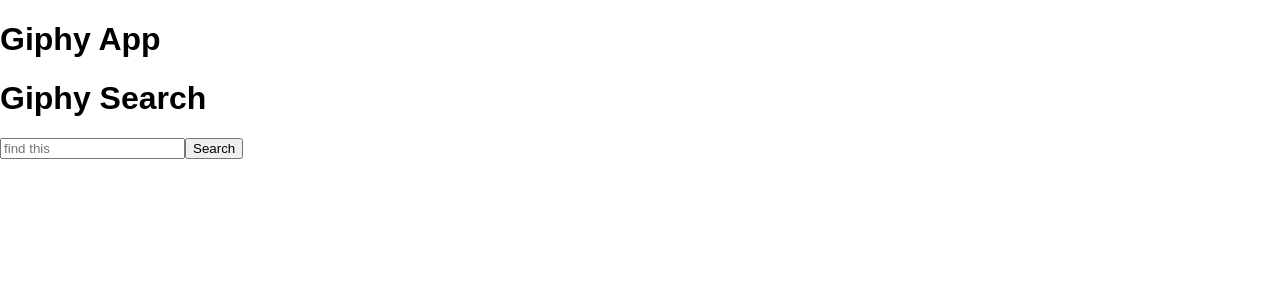
Repository: pithao/weekend-sql-to-do-react-2
Page: /
The author's editor kept a copy of each file at every save. The page is drawn from the files as they stood at one save, then again after the next save.
The browser window is 1280 px wide. The pictures show the whole page.
The project was rebuilt for these pictures with package versions that can differ from the ones it lists, and the page was loaded fresh each time. Also part of the build but not shown: vite.config.js.

Above is the page before, as saved 2024-12-05 18:41:03.

### index.html
<!DOCTYPE html>
<html lang="en">
  <head>
    <meta charset="utf-8">
    <meta name="viewport" content="width=device-width, initial-scale=1, shrink-to-fit=no">
    <meta name="theme-color" content="#000000">
    <!--
      manifest.json provides metadata used when your web app is added to the
      homescreen on Android. See https://developers.google.com/web/fundamentals/engage-and-retain/web-app-manifest/
    -->
    <link rel="manifest" href="/manifest.json">
    <link rel="shortcut icon" href="/favicon.ico">
    <!--
      Notice the use of  in the tags above.
      It will be replaced with the URL of the `public` folder during the build.
      Only files inside the `public` folder can be referenced from the HTML.

      Unlike "/favicon.ico" or "favicon.ico", "/favicon.ico" will
      work correctly both with client-side routing and a non-root public URL.
      Learn how to configure a non-root public URL by running `npm run build`.
    -->
    <title>React App</title>
  </head>
  <body>
    <noscript>
      You need to enable JavaScript to run this app.
    </noscript>
    <div id="root"></div>
    <!--
      This HTML file is a template.
      If you open it directly in the browser, you will see an empty page.

      You can add webfonts, meta tags, or analytics to this file.
      The build step will place the bundled scripts into the <body> tag.

      To begin the development, run `npm start` or `yarn start`.
      To create a production bundle, use `npm run build` or `yarn build`.
    -->



<script type="module" src="/src/index.jsx"></script>
  </body>
</html>

### src/components/App/App.jsx
import {useState, useEffect} from 'react';
import Search from '../Search/Search';

function App () {

  return (
    <div>
      <h1>Giphy App</h1>
      <Search />
    </div>
  );

}

export default App

### src/components/Search/Search.jsx
import {useState, useEffect} from 'react';
import axios from 'axios';


function Search () {

  const [ searchText, setSearchText] = useState('');

  return (
    <div>
      <h1>Giphy Search</h1>
      <input type='text' placeholder='find this' onChange={ (e) =>setSearchText( e.target.value ) }/>
      <button>Search</button>
      <div>
        <p>{ searchText }</p>
      </div>
    </div>
  );

}

export default Search

Loaded but not shown: src/index.jsx (common file); src/index.css (common file)

After the next save:
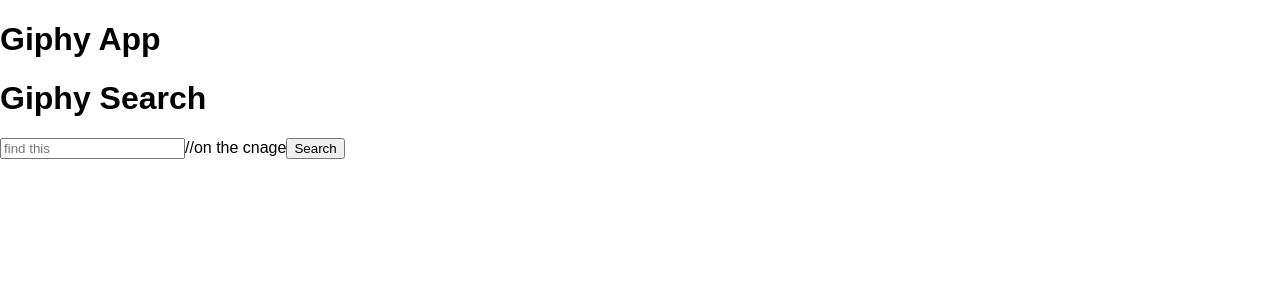
Saved 34 s later.
--- a/src/components/Search/Search.jsx
+++ b/src/components/Search/Search.jsx
@@ -10,6 +10,7 @@
     <div>
       <h1>Giphy Search</h1>
       <input type='text' placeholder='find this' onChange={ (e) =>setSearchText( e.target.value ) }/>
+      //on the cnage
       <button>Search</button>
       <div>
         <p>{ searchText }</p>

After the save that followed:
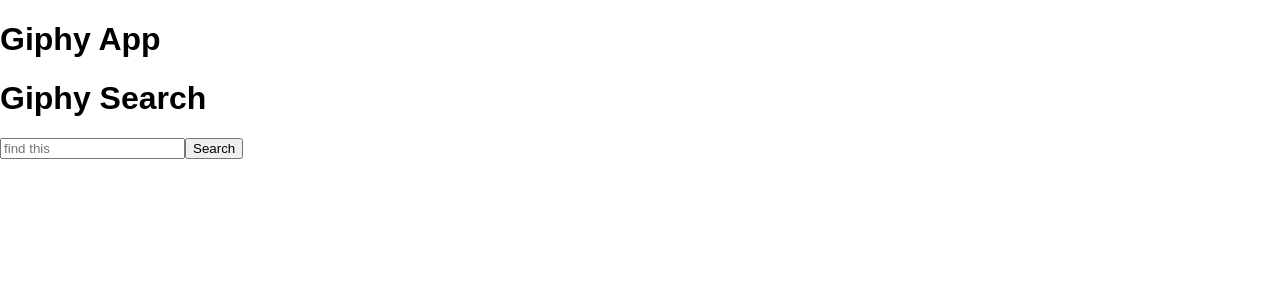
Saved 6 s later.
--- a/src/components/Search/Search.jsx
+++ b/src/components/Search/Search.jsx
@@ -10,7 +10,7 @@
     <div>
       <h1>Giphy Search</h1>
       <input type='text' placeholder='find this' onChange={ (e) =>setSearchText( e.target.value ) }/>
-      //on the cnage
+
       <button>Search</button>
       <div>
         <p>{ searchText }</p>
